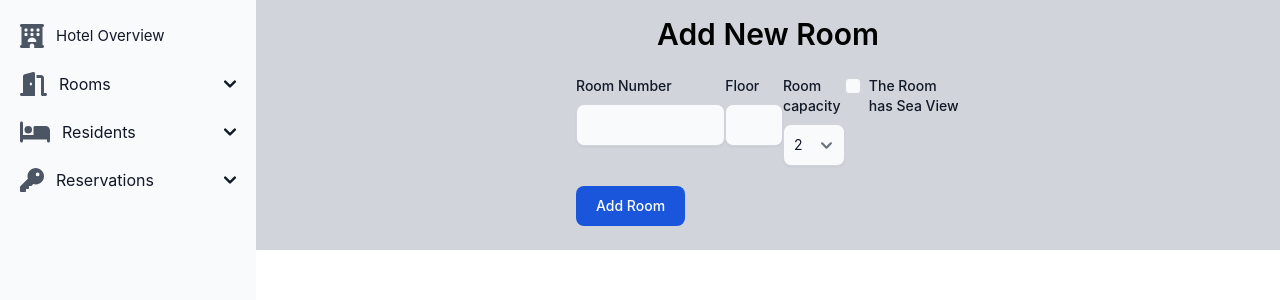
Repository: aggepap/hotelReservationsProj
Page: /rooms/add (app in admin-panel/)
The author's editor kept a copy of each file at every save. The page is drawn from the files as they stood at one save, then again after the next save.
The browser window is 1280 px wide. The pictures show the whole page.
The project was rebuilt for these pictures with package versions that can differ from the ones it lists, and the page was loaded fresh each time. Also part of the build but not shown: admin-panel/vite.config.ts, admin-panel/src/views/HomeView.vue.

Above is the page before, as saved 2025-01-19 16:01:24.

After the next save:
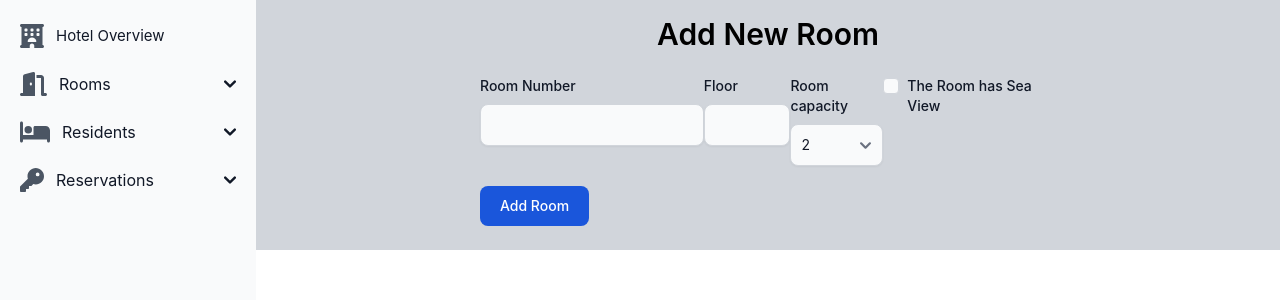
Saved 6 s later.
--- a/admin-panel/src/views/roomviews/AddRoomView.vue
+++ b/admin-panel/src/views/roomviews/AddRoomView.vue
@@ -4,7 +4,7 @@
   <h2 class="text-black text-3xl text-center leading-5 font-semibold mb-8">
     Add New Room
   </h2>
-  <form class="max-w-sm mx-auto">
+  <form class="max-w-xl mx-auto">
     <div class="flex">
       <div class="mb-5">
         <label
